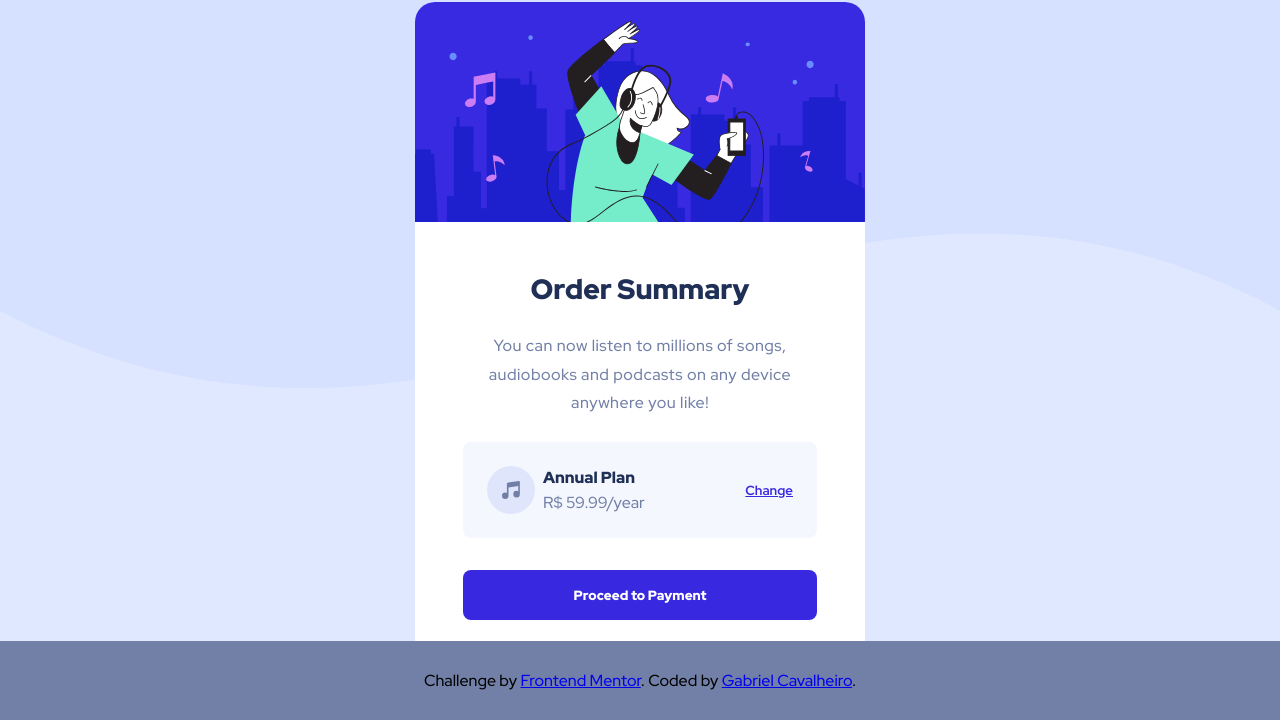
Repository: gccavalheiro/order-summary-card
Page: index.html
These files come from the project's save history. The page is drawn as it stood at one moment and after the next save; the edit follows.
The browser window is 1280 px wide. The pictures show the whole page.

Above is the page before, as saved 2021-12-17 02:50:42.

### index.html
<!DOCTYPE html>
<html lang="en">

<head>
  <meta charset="UTF-8" />
  <meta http-equiv="X-UA-Compatible" content="IE=edge" />
  <meta name="viewport" content="width=device-width, initial-scale=1.0" />
  <link rel="preconnect" href="https://fonts.googleapis.com">
  <link rel="preconnect" href="https://fonts.gstatic.com" crossorigin>
  <link href="https://fonts.googleapis.com/css2?family=Red+Hat+Display:wght@500;700;900&display=swap" rel="stylesheet">
  <link rel="icon" type="image/png" sizes="32x32" href="./images/favicon-32x32.png" />
  <title>Frontend Mentor | Order summary card</title>
  <link rel="stylesheet" href="./assets/css/main.css" />
</head>

<body>
  <main>
    <div class="card">
      <div class="card-header">
        <img src="./assets/images/illustration-hero.svg" alt="Illustration Woman">
      </div>
      <div class="card-body">
        <div class="card-info">
          <h1>Order Summary</h1>
          <p>You can now listen to millions of songs,
            audiobooks and podcasts on any device
            anywhere you like! </p>
        </div>
        <div class="card-plan">
          <div class="card-plan-detail">
            <div class="card-plan-icon-detail">
              <img src="./assets/images/icon-music.svg" alt="Icon Music" />
            </div>
            <div class="card-plan-info-detail">
              <h2>Annual Plan</h2>
              <p>R$ 59.99/year</p>
            </div>
          </div>
          <button class="card-plan-button">Change</button>
        </div>
        <button class="card-button-payment">Proceed to Payment</button>
        <button class="card-button-cancel">Cancel Order</button>
      </div>
    </div>
  </main>

  <footer>
    <p>
      Challenge by <a href="https://www.frontendmentor.io?ref=challenge" target="_blank">Frontend Mentor</a>.
      Coded by <a href="https://github.com/gccavalheiro">Gabriel Cavalheiro</a>.
    </p>
  </footer>
</body>

</html>

### assets/css/main.css
:root {
  --primary-pale-blue: hsl(225, 100%, 94%);
  --secondary-bright-blue: hsl(245, 75%, 52%);
  --very-pale-blue:hsl(225, 100%, 98%);
  --desaturated-blue: hsl(224, 23%, 55%);
  --dark-blue: hsl(223, 47%, 23%);
  --variant-blue: hsl(245, 83%, 68%);
  --white: hsl(0, 0%, 100%);
}

* {
  margin: 0;
  padding: 0;
  outline: 0;
  box-sizing: border-box;
  text-rendering: optimizeLegibility;
  -webkit-font-smoothing: antialiased;
  -moz-osx-font-smoothing: grayscale;
}

body {
  font-family: 'Red Hat Display', sans-serif;
  font-size: 1rem;
  background-color: var(--primary-pale-blue);
  background-image: url('../images/pattern-background-mobile.svg');
  background-repeat: no-repeat;
  background-position: top center;
  background-size: contain;
}

img {
  width: 100%;
}

button {
  font-family: 'Red Hat Display', sans-serif;
  border: 0;
  cursor: pointer;
  background-color: transparent;
}

main {
  display: flex;
  align-items: center;
  justify-content: center;
  width: 100%;
  height: 100vh;
  padding: 0 20px;
}

.card {
  display: flex;
  flex-direction: column;
  width: 100%;
  max-width: 450px;
  border-radius: 20px;
  background-color: var(--white);
}

.card-header {
  width: 100%;
  border-top-left-radius: 20px;
  border-top-right-radius: 20px;
  overflow: hidden;
  line-height: 0;
}

.card-body {
  display: flex;
  flex-direction: column;
  align-items: center;
  padding: 20px;
}

.card-info {
  display: flex;
  flex-direction: column;
  align-items: center;
  text-align: center;
}

.card-info h1{
  font-size: 1.75rem;
  color: var(--dark-blue);
  font-weight: 900;
}

.card-info p{
  font-size: 1rem;
  color: var(--desaturated-blue);
  font-weight: 500;
  letter-spacing: 0.03em;
  line-height: 1.8;
  margin: 24px 0;
}

.card-plan {
  display: flex;
  flex-direction: column;
  align-items: center;
  justify-content: space-between;
  width: 100%;
  background-color: var(--very-pale-blue);
  padding: 20px;
  border-radius: 8px;
}

.card-plan-detail {
  display: flex;
  align-items: center;
}

.card-plan-icon-detail {
  width: 48px;
  height: 48px;
  min-width: 48px;
  min-height: 48px;
  border-radius: 50%;
  margin-right: 8px;
}

.card-plan-icon-detail img {
  object-fit: cover;
}

.card-plan-info-detail {
  display: flex;
  flex-direction: column;
}

.card-plan-info-detail h2, .card-plan-info-detail p {
  font-size: 1rem;
}
.card-plan-info-detail h2 {
  font-weight: 900;
  color: var(--dark-blue);
  margin-bottom: 4px;
}

.card-plan-info-detail p {
  color: var(--desaturated-blue);
  font-size: 700;
}

.card-plan-button {
  font-size: .825rem;
  color: var(--secondary-bright-blue);
  background-color: transparent;
  text-decoration: underline;
  font-weight: 700;
  border: 0;
  transition: .3s;
  margin-top: 20px;
}

.card-plan-button:hover {
  color: var(--variant-blue);
}

.card-button-payment{
  font-weight: 900;
  padding: 16px 0;
  width: 100%;
  color: var(--white);
  background-color: var(--secondary-bright-blue);
  border-radius: 8px;
  margin: 32px 0;
}

.card-button-payment:hover {
  background-color: var(--variant-blue);
}

.card-button-cancel{
  font-weight: 900;
  color: var(--desaturated-blue);
}

.card-button-cancel:hover {
  color: var(--dark-blue);
}



footer {
  display: flex;
  align-items: center;
  justify-content: center;
  position: fixed;
  left: 0;
  bottom: 0;
  width: 100%;
  background-color: var(--desaturated-blue);
  padding: 28px 0;
  color: var(--primary-soft-blue);
  text-align: center;
  line-height: 23px;

}

footer p {
  padding: 0 20px;
}

@media screen and (min-width: 374.9px) {
 .card-plan {
    flex-direction: row;
  }

  .card-plan-button {
    margin-top: 0;
  }

  footer p {
    padding: 0;
  }
}

@media screen and (min-width: 767.9px) {
  body {
    background-image: url('../images/pattern-background-desktop.svg');
  }

  main {
    padding: 0;
  }

  .card-body {
    padding: 48px;
  }

  .card-plan {
    padding: 24px;
  }
}

After the next save:
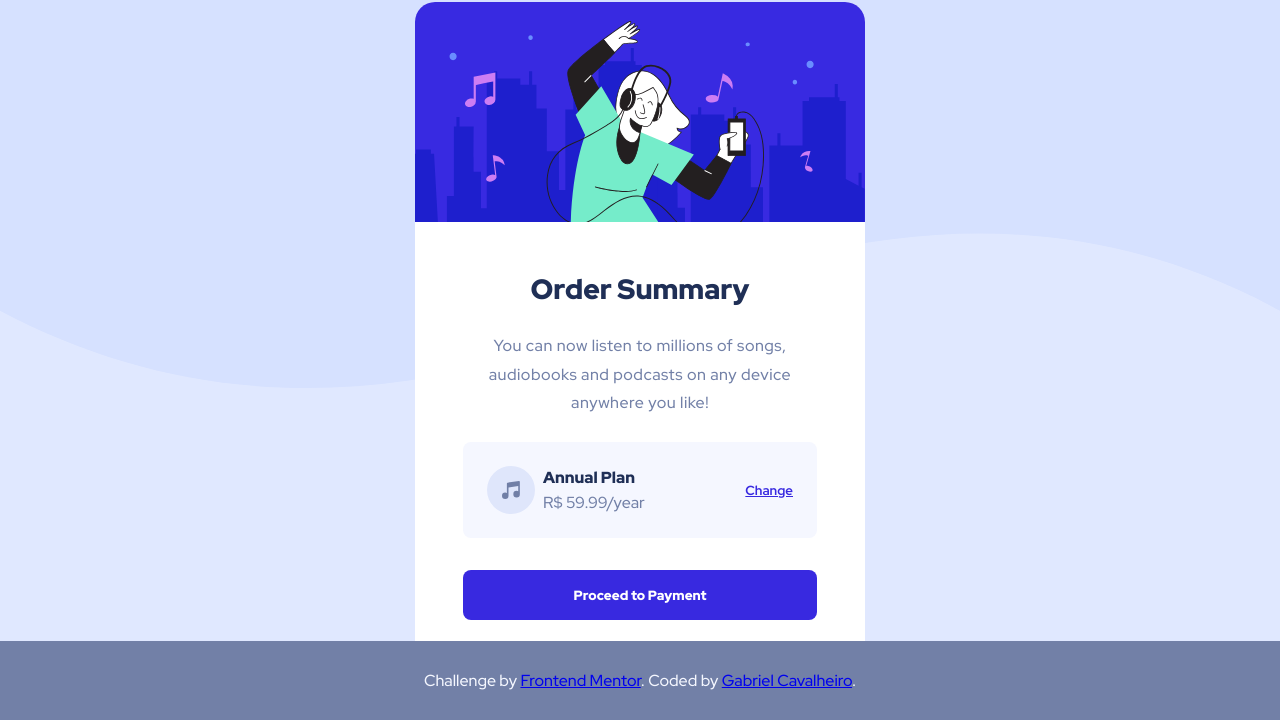
Saved 31 s later.
--- a/assets/css/main.css
+++ b/assets/css/main.css
@@ -192,7 +192,7 @@ footer {
   width: 100%;
   background-color: var(--desaturated-blue);
   padding: 28px 0;
-  color: var(--primary-soft-blue);
+  color: var(--very-pale-blue);
   text-align: center;
   line-height: 23px;
 
